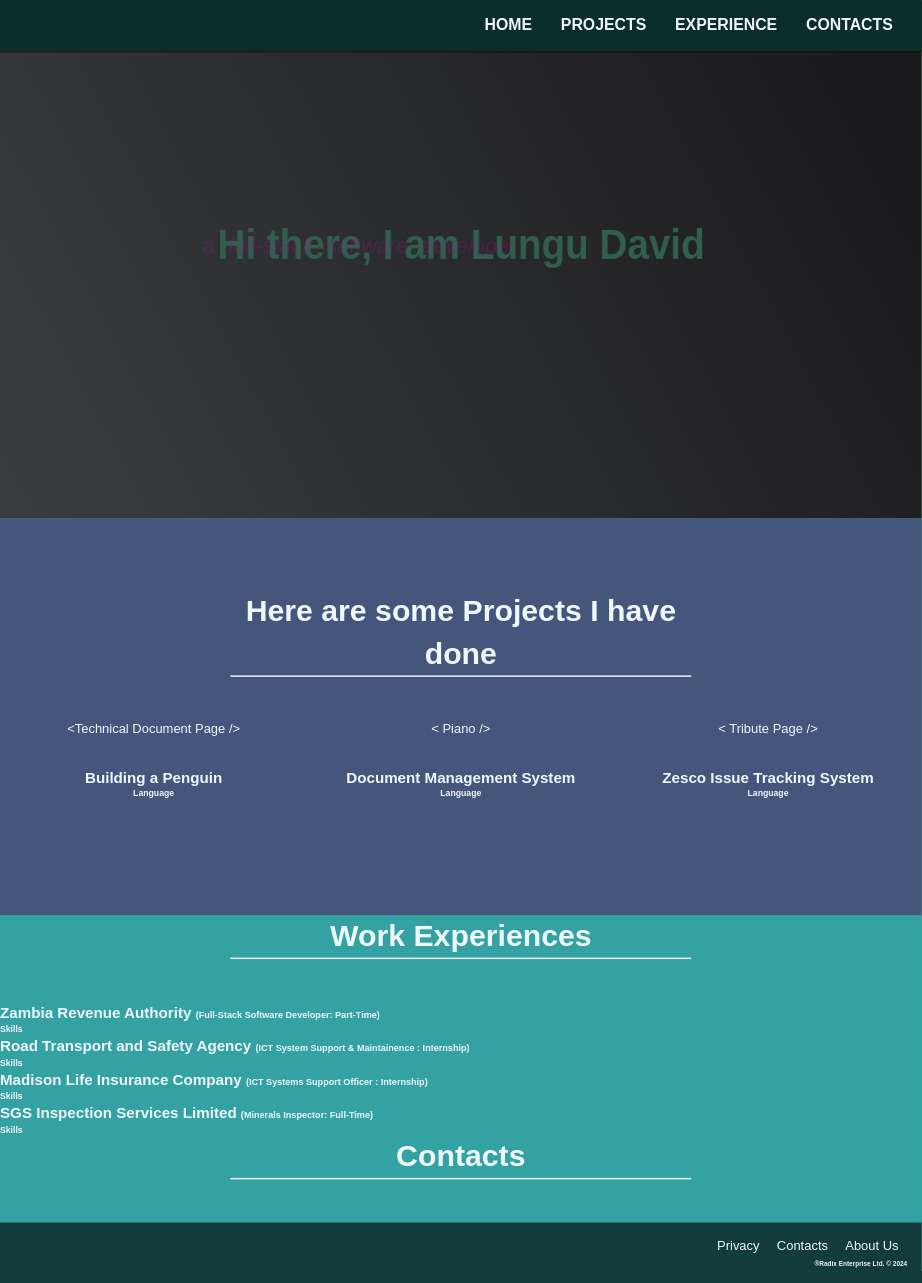
Repository: Lungdjos/personal_portifolio
Page: html/index.html
These files come from the project's save history. The page is drawn as it stood at one moment and after a run of saves; the edit follows.
The browser window is 1280 px wide. The pictures show the whole page, at 72% of full size.

Above is the page before, as saved 2024-02-04 00:09:31.

### html/index.html
<!DOCTYPE html>
<html lang="en">

<head>
    <meta charset="UTF-8">
    <meta name="viewport" content="width=device-width, initial-scale=1.0">
    <title>Personal Portifolio</title>
    <link rel="stylesheet" href="/css/styles.css">
</head>

<body>
    <header class="header">
        <nav id="navbar">
            <ul class="nav-list">
                <li><a href="#Home" class="nav-link"><i class=""></i>Home</a></li>
                <li>
                    <a href="#Projects" class="nav-link"> <i class=""></i>Projects</a>
                </li>
                <li>
                    <a href="#Work-Experience" class="nav-link"> <i class=""></i>Experience</a>
                </li>
                <li><a href="#Contacts" class="nav-link"><i class=""></i>Contacts</a></li>
            </ul>
        </nav>
    </header>
    <main class="m-3">
        <div id="spacer"></div>
        <section class="home" id="Home">
            <div id="welcome-section">
                <h1 id="title">Hi there, I am Lungu David</h1>
                <p id="sub-title"><span>a</span> <span>full-stack</span> <span>software</span> <span>developer</span></p>
            </div>
        </section>

        <div id="spacer"></div>
        <section class="project-section" id="Projects">
            <h2 id="project-heading" class="heading">Here are some Projects I have done</h2>

            <div class="project-grid">
                <a href="" target="_blank" class="project project-title">

                    <p class="project-title">
                        <span class="code">&lt;</span>Technical Document Page
                        <span class="code">/&gt;</span>
                    </p>

                </a>

                <a href="" target="_blank" class="project project-title">
                    <p class="project-title">
                        <span class="code">&lt;</span> Piano
                        <span class="code">/&gt;</span>
                    </p>
                </a>

                <a href="" target="_blank" class="project project-title">
                    <p class="project-title">
                        <span class="code">&lt;</span> Tribute Page
                        <span class="code">/&gt;</span>
                    </p>
                </a>

                <a href="" target="_blank" class="project project-title">
                    <div class="projects">
                        <h3 class="project-title">Building a Penguin</h3>
                        <h6 class="language">Language</h6>
                        <p>
                            <ul>
                                <li></li>
                            </ul>
                        </p>
                    </div>
                </a>

                <a href="" target="_blank" class="project project-title">
                    <div class="projects">
                        <h3 class="project-title">Document Management System</h3>
                        <h6 class="language">Language</h6>
                        <p>
                            <ul>
                                <li></li>
                            </ul>
                        </p>
                    </div>
                </a>

                <a href="" target="_blank" class="project project-title">
                    <div class="projects">
                        <h3 class="project-title">Zesco Issue Tracking System</h3>
                        <h6 class="language">Language</h6>
                        <p>
                            <ul>
                                <li></li>
                            </ul>
                        </p>
                    </div>
                </a>

            </div>
        </section>
        <div id="spacer"></div>
        <section class="" id="Work-Experience">
            <h2 class="heading work-exp-heading">Work Experiences</h2>
            <div id="grid">
                <div id="icon"></div>
                <div class="experience">
                    <h3>Zambia Revenue Authority <small>(Full-Stack Software Developer: Part-Time)</small></h3>
                    <h6 class="skills">Skills</h6>
                    <p>
                        <ul>
                            <li></li>
                            <li></li>
                            <li></li>
                            <li></li>
                        </ul>
                    </p>
                </div>
            </div>

            <div id="grid">
                <div id="icon"></div>
                <div class="experience">
                    <h3>Road Transport and Safety Agency <small>(ICT System Support & Maintainence : Internship)</small></h3>
                    <h6 class="skills">Skills</h6>
                    <p>
                        <ul>
                            <li></li>
                            <li></li>
                            <li></li>
                            <li></li>
                        </ul>
                    </p>
                </div>
            </div>

            <div id="grid">
                <div id="icon"></div>
                <div class="experience">
                    <h3>Madison Life Insurance Company <small>(ICT Systems Support Officer : Internship)</small></h3>
                    <h6 class="skills">Skills</h6>
                    <p>
                        <ul>
                            <li></li>
                            <li></li>
                            <li></li>
                            <li></li>
                        </ul>
                    </p>
                </div>
            </div>

            <div id="grid">
                <div id="icon"></div>
                <div class="experience">
                    <h3>SGS Inspection Services Limited <small>(Minerals Inspector: Full-Time)</small></h3>
                    <h6 class="skills">Skills</h6>
                    <p>
                        <ul>
                            <li></li>
                            <li></li>
                            <li></li>
                            <li></li>
                        </ul>
                    </p>
                </div>
            </div>
        </section>
        <div id="spacer"></div>
        <section class="contact" id="Contacts">
            <h2 class="heading contacts-heading">Contacts</h2>
        </section>
    </main>
    <footer>
        <ul>
            <li><a href="">Privacy</a></li>
            <li><a href="">Contacts</a></li>
            <li><a href="">About Us</a></li>
        </ul>
        <span>&REG;Radix Enterprise Ltd. &copy; 2024</span>
    </footer>
</body>

</html>

### css/styles.css
/** STYLING FOR THE PORTIFOLIO **/


/* the root selector */

:root {
    /* colors */
    --main-col: aliceblue;
    --bc-1: #34a2a2;
    --bc-2: #0b2e28;
    --bc-3: #123b3b;
    --bc-4: #45567d;
    /* values */
}


/* general stylings */

html {
    font-size: 62.5%;
    box-sizing: border-box;
    scroll-behavior: smooth;
}

* {
    margin: 0;
    padding: 0;
}


/* box-sizing and font sizing */

*,
*::before,
*::after {
    box-sizing: inherit;
}


/* body styling */

body {
    font-family: 'Poppins', sans-serif;
    font-size: 1.8rem;
    font-weight: 400;
    line-height: 1.4;
    color: var(--main-col);
    background-color: var(--bc-1);
}


/* headings styling */

h1,
h2 {
    font-family: 'Raleway', sans-serif;
    font-weight: 600;
    text-align: center;
}

h1 {
    font-size: 6rem;
}

h2 {
    font-size: 4.2rem;
}

small {
    font-size: 60%;
}


/* List and anchor styling */

ul {
    list-style: none;
}

a {
    color: var(--main-col);
    text-decoration: none;
}

img {
    display: block;
    width: 100%;
}


/** NAVIGATION BAR */


/* nav bar styling */

nav {
    font-weight: 600;
}

.header {
    display: flex;
    justify-content: flex-end;
    position: fixed;
    top: 0;
    left: 0;
    width: 100%;
    box-shadow: 0 2px 0 rgba(0, 0, 0, 0.4);
    z-index: 10;
    background-color: var(--bc-2);
}

nav>ul {
    display: flex;
    margin-right: 2rem;
    text-transform: uppercase;
}

.nav-list a {
    display: block;
    font-size: 2.2rem;
    padding: 2rem;
}

.nav-list a:hover {
    background: var(--bc-4);
}


/* body styling */

#spacer {
    max-width: 1000px;
    width: 100%;
    margin: 0 auto;
}

main>li {
    list-style-type: disc;
}


/** HOME PAGE */


/* Styling or the Home Page */

.home {
    width: 100%;
    height: 100vh;
    display: flex;
    flex-direction: column;
    justify-content: center;
    align-items: center;
    background: inherit;
    background-image: linear-gradient(62deg, #3a3d40 0%, #181719 100%);
}

#welcome-section>p {
    font-size: 3rem;
    font-weight: 200;
    font-style: italic;
    color: #d0a;
}

#title {
    transform-origin: center;
    animation: rotateAndChangeColor 14s infinite ease-in-out;
}

#sub-title {
    text-indent: 10px;
}

#sub-title span {
    display: inline-block;
    animation: fallAnimation 4s infinite ease-in-out forwards;
}


/** PROJECTS */


/* styling for projects */

.project-section {
    text-align: center;
    padding: 10rem 2rem;
    background: var(--bc-4);
}

.heading {
    max-width: 640px;
    margin: 0 auto 6rem auto;
    border-bottom: .2rem solid var(--main-col);
}


/* grids */

.project-grid {
    display: grid;
    grid-template-columns: repeat(auto-fit, minmax(360px, 1fr));
    grid-gap: 4rem;
    width: 100%;
    max-width: 1280px;
    margin: 0 auto;
    margin-bottom: 6rem;
}


/* Work Experience */


/* #Work-Experience #icon {
    display: flex;
    flex-direction: column;
    justify-content: center;
    height: 150px;
    width: 20vw;
}

#Work-Experience .experience {
    display: flex;
    flex-direction: column;
    justify-content: center;
    height: 125px;
    width: 80vw;
    padding: 5px;
} */


/** FOOTER */


/* footer styling */

footer {
    margin-top: 25px;
    padding: 20px;
    width: 100%;
    background-color: var(--bc-3);
}

footer>ul {
    display: flex;
    justify-content: flex-end;
}

footer>ul>li {
    padding: 0 12px;
}

footer>span {
    display: flex;
    justify-content: flex-end;
    margin-top: 6px;
    font-size: .9rem;
    font-weight: bold;
}


/** ANIMATIONS AND EFFECTS */


/* Welcome Page Animations */

@keyframes rotateAndChangeColor {
    0% {
        transform: rotateY(0deg);
        color: #333;
    }
    30% {
        transform: rotateY(360deg);
        color: #2e604a;
    }
    60% {
        transform: rotate(0deg);
        color: #45567d;
    }
    90% {
        transform: rotate(360deg);
        color: #ff6347;
    }
}

@keyframes fallAnimation {
    0% {
        transform: translateY(-60px);
        opacity: 0;
    }
    50% {
        transform: translateY(-60px);
        opacity: 0.4;
    }
    100% {
        transform: translateY(0);
        opacity: 1;
    }
}


/** STYLING FOR SMALL DEVICES */


/* 1200px / 16px = 75em */

@media (max-width: 75em) {
    html {
        font-size: 60%;
    }
}


/* 980px / 16px = 61.25em */

@media (max-width: 61.25em) {
    html {
        font-size: 58%;
    }
}


/* 460px / 16px = 28.75em */

@media (max-width: 28.75em) {
    html {
        font-size: 55%;
    }
}


/* nav bar media queries */

@media (max-width: 28.75em) {
    #navbar {
        justify-content: center;
    }
    .nav-list {
        margin: 0 1rem;
    }
}


/* projects media query */

@media (max-width: 28.75em) {
    #project-heading {
        font-size: 4rem;
    }
}

After the next 2 saves:
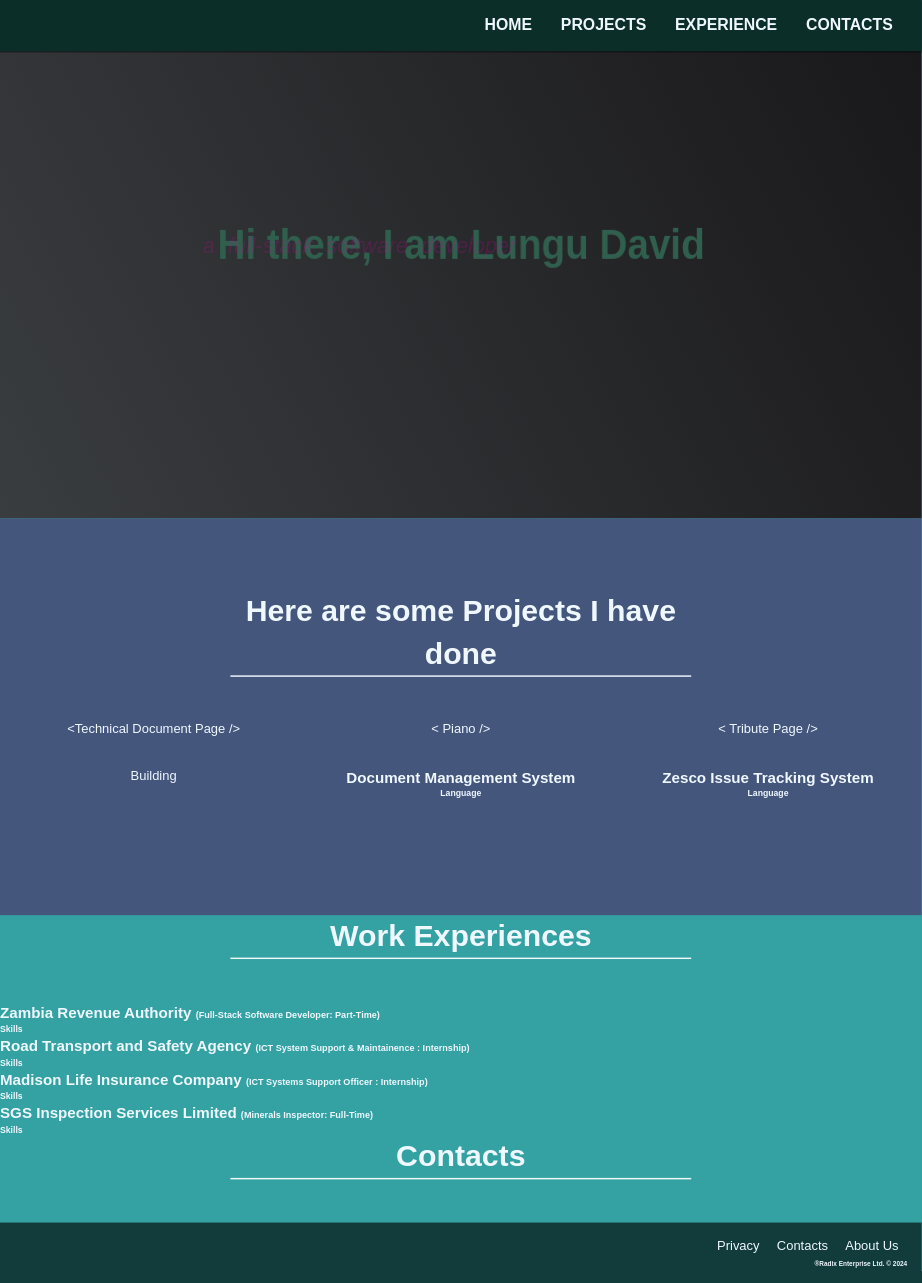
The 2 saves are shown as one change because they came seconds apart.
The last was saved 14 s later.
--- a/html/index.html
+++ b/html/index.html
@@ -61,15 +61,7 @@
                 </a>
 
                 <a href="" target="_blank" class="project project-title">
-                    <div class="projects">
-                        <h3 class="project-title">Building a Penguin</h3>
-                        <h6 class="language">Language</h6>
-                        <p>
-                            <ul>
-                                <li></li>
-                            </ul>
-                        </p>
-                    </div>
+                    Building
                 </a>
 
                 <a href="" target="_blank" class="project project-title">
